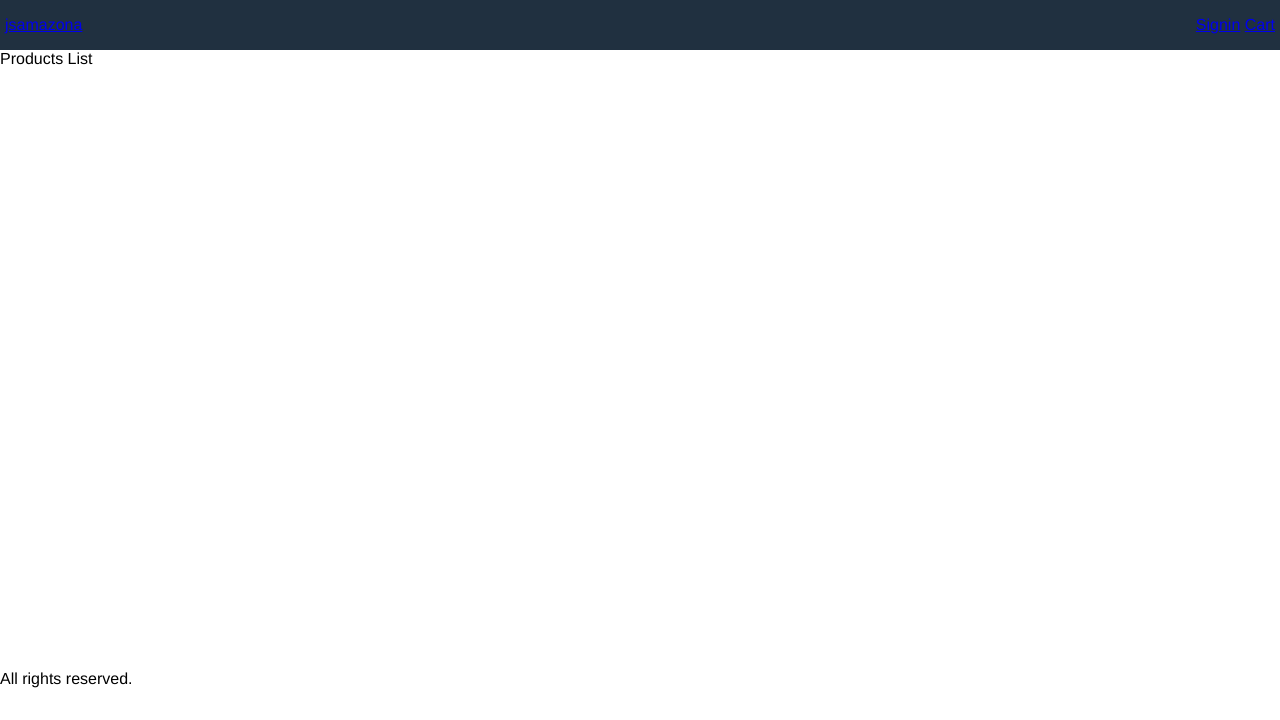
Repository: Mardoqueu/ecommerce-website
Page: jsamazona/frontend/src/index.html
The author's editor kept a copy of each file at every save. The page is drawn from the files as they stood at one save, then again after the next save.
The browser window is 1280 px wide. The pictures show the whole page.

Above is the page before, as saved 2022-09-12 10:07:44.

After the next save:
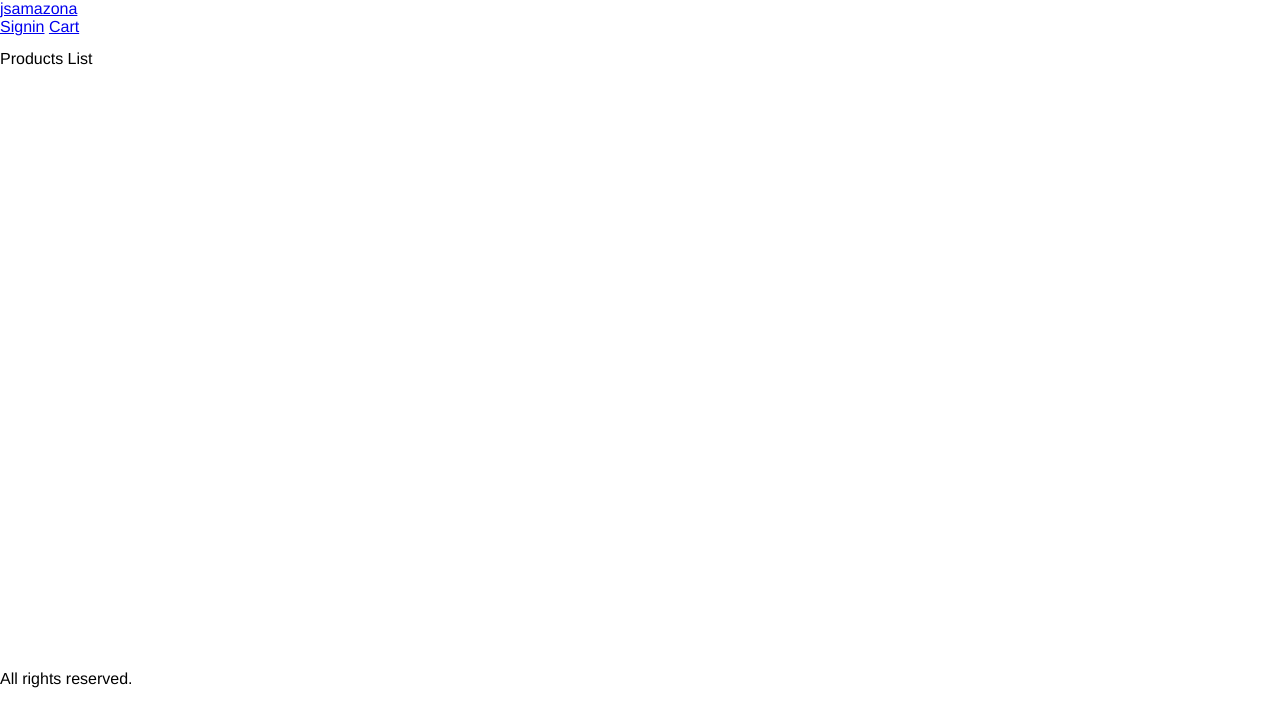
Saved 5 s later.
--- a/jsamazona/frontend/src/style.css
+++ b/jsamazona/frontend/src/style.css
@@ -20,7 +20,7 @@
     height: 100%;
   }
 
-  header {
+  .header {
     grid-area: header;
     background-color: #203040;
     color: #fff;

After the save that followed:
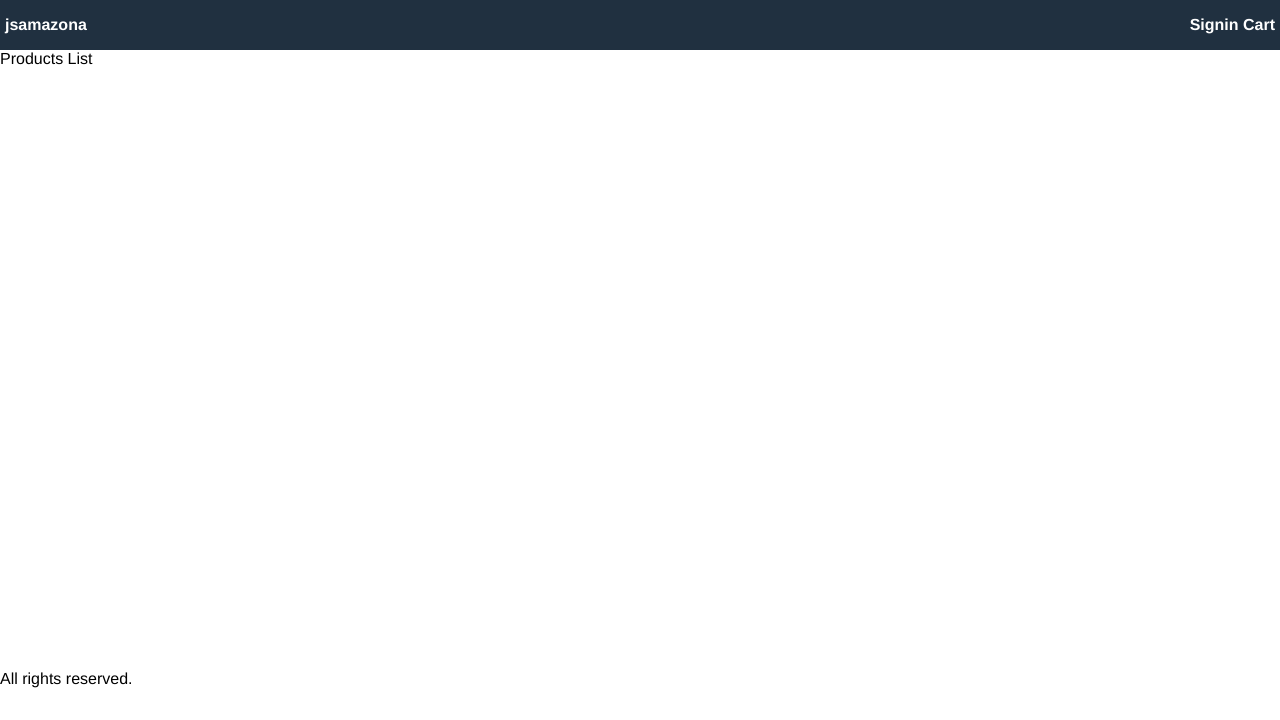
Saved 4 s later.
--- a/jsamazona/frontend/src/style.css
+++ b/jsamazona/frontend/src/style.css
@@ -20,7 +20,7 @@
     height: 100%;
   }
 
-  .header {
+  header {
     grid-area: header;
     background-color: #203040;
     color: #fff;
@@ -30,7 +30,7 @@
     padding: 0.5rem;
   }
 
-  .header a {
+  header a {
     color: white;
     font-weight: bold;
     text-decoration: none;
